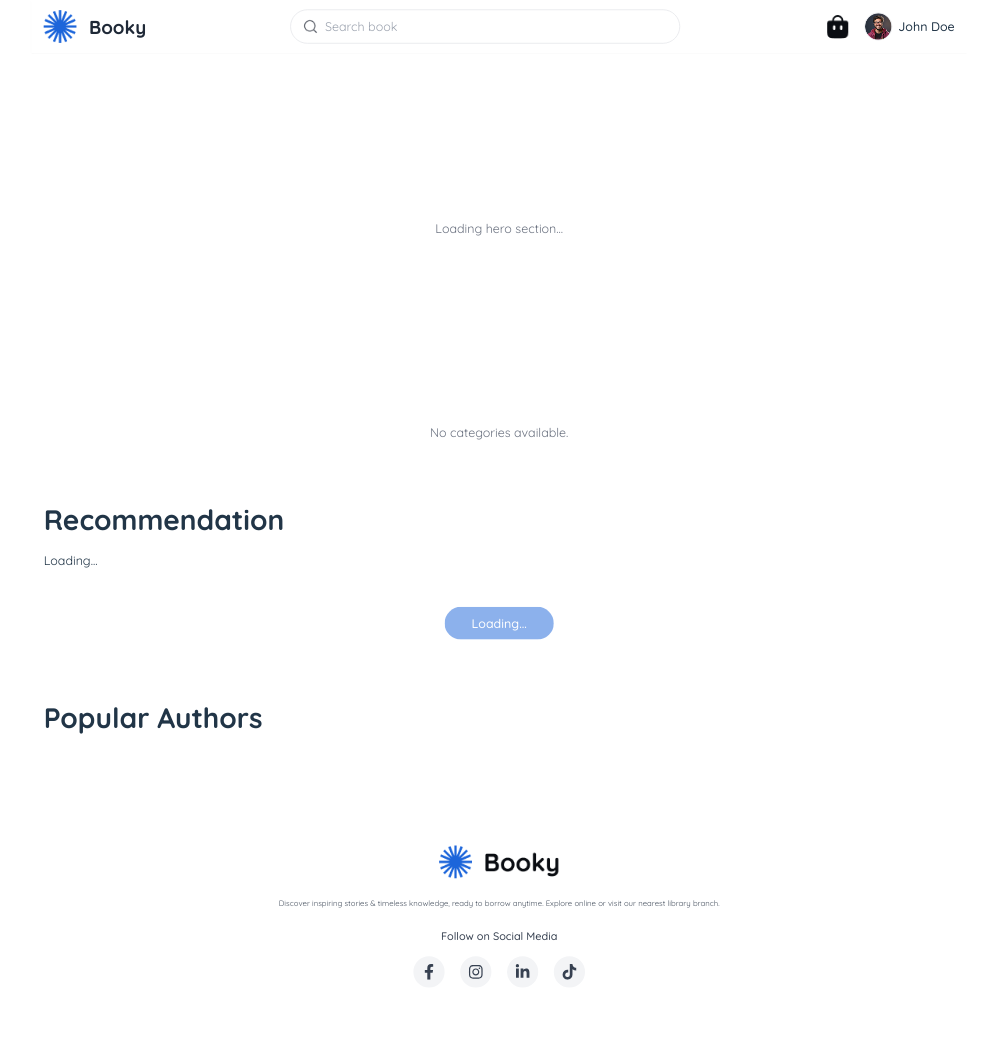
Repository: faridsyafaat/library-app
Page: /#/homeafter
The author's editor kept a copy of each file at every save. The page is drawn from the files as they stood at one save, then again after the next save.
The browser window is 1280 px wide. The pictures show the whole page, at 78% of full size.
The page's requests for data from a server got no answer. The project was rebuilt for these pictures with package versions that can differ from the ones it lists, and the page was loaded fresh each time. No one was signed in, and anything a server would have sent is missing. Also part of the build but not shown: vite.config.ts, src/components/layout/NavbarBefore.tsx, src/components/sections/HeroSection.tsx, src/components/sections/RecommendationSection.tsx, src/components/ui/card.tsx, src/components/sections/PopularAuthorBefore.tsx, src/pages/HomeBefore.tsx, src/pages/Login.tsx and 14 more.

Above is the page before, as saved 2025-11-30 15:11:23.

### index.html
<!doctype html>
<html lang="en">
  <head>
    <meta charset="UTF-8" />
    <link rel="icon" type="image/svg+xml" href="/vite.svg" />
    <meta name="viewport" content="width=device-width, initial-scale=1.0" />
    <title>library-app</title>
  </head>
  <body>
    <div id="root"></div>
    <script type="module" src="/src/main.tsx"></script>
  </body>
</html>

### src/main.tsx
import { StrictMode } from "react";
import { createRoot } from "react-dom/client";
import "./index.css";
import App from "./App";
import { Provider } from "react-redux";
import { store } from "./store/store";
import { QueryClient, QueryClientProvider } from "@tanstack/react-query";
import { HashRouter } from "react-router-dom";

const queryClient = new QueryClient();

createRoot(document.getElementById("root")!).render(
  <StrictMode>
   <Provider store={store}>
  <QueryClientProvider client={queryClient}>
    <HashRouter>
      <App />
    </HashRouter>
  </QueryClientProvider>
</Provider>

  </StrictMode>
);

### src/index.css
@import url('https://fonts.googleapis.com/css2?family=Quicksand:wght@300;400;500;600;700&display=swap');
@tailwind base;
@tailwind components;
@tailwind utilities;

:root {
  font-family: system-ui, Avenir, Helvetica, Arial, sans-serif;
  line-height: 1.5;
  font-weight: 400;
  font-synthesis: none;
  text-rendering: optimizeLegibility;
  -webkit-font-smoothing: antialiased;
  -moz-osx-font-smoothing: grayscale;
}

a {
  font-weight: 500;
  color: #646cff;
  text-decoration: inherit;
}
a:hover {
  color: #535bf2;
}

body {
  margin: 0;
  min-height: 100vh;
  }

h1 {
  font-size: 3.2em;
  line-height: 1.1;
}

button {
  border-radius: 8px;
  border: 1px solid transparent;
  padding: 0.6em 1.2em;
  font-size: 1em;
  font-weight: 500;
  font-family: inherit;
  background-color: #1a1a1a;
  cursor: pointer;
  transition: border-color 0.25s;
}
button:hover {
  border-color: #646cff;
}
button:focus,
button:focus-visible {
  outline: 4px auto -webkit-focus-ring-color;
}

@media (prefers-color-scheme: light) {
  :root {
    color: #213547;
    background-color: #ffffff;
  }
  a:hover {
    color: #747bff;
  }
  button {
    background-color: #f9f9f9;
  }
}

.container-custom {
  max-width: 1200px;
  margin-left: auto;
  margin-right: auto;
  padding-left: 1rem;
  padding-right: 1rem;
}

@layer base {
  body {
    @apply font-quicksand;
  }
}

.no-scrollbar::-webkit-scrollbar {
  display: none;
}
.no-scrollbar {
  -ms-overflow-style: none;
  scrollbar-width: none;
}

### src/App.tsx
import { Routes, Route } from "react-router-dom";
import HomeBefore from "@/pages/HomeBefore";
import Login from "@/pages/Login";
import Register from "@/pages/Register";
import HomeAfter from "@/pages/HomeAfter";
import DetailPage from "@/pages/DetailPage";
import CategoryPage from "@/pages/CategoryPage";
import AuthorPage from "@/pages/AuthorPage";


function App() {
  return (
    <>
            <Routes>
        <Route path="/" element={<HomeBefore />} />
        <Route path="/login" element={<Login />} />
        <Route path="/register" element={<Register />} />
        <Route path="/homeafter" element={<HomeAfter />} />
        <Route path="/books/:id" element={<DetailPage />} />
        <Route path="/category/:id" element={<CategoryPage />} />
        <Route path="/author/:id" element={<AuthorPage />} />
        </Routes>
    </>
  );
}

export default App;

### src/store/store.ts
import { configureStore } from "@reduxjs/toolkit";
import cartReducer from "@/features/cart/cartSlice";
import bookDetailReducer from "@/store/bookDetailSlice";
import authReducer from "@/features/auth/authSlice";

export const store = configureStore({
  reducer: {
    cart: cartReducer,
    bookDetail: bookDetailReducer,
    auth: authReducer,
  },
});

export type RootState = ReturnType<typeof store.getState>;
export type AppDispatch = typeof store.dispatch;

### src/pages/HomeAfter.tsx
import NavbarAfter from "@/components/layout/NavbarAfter";
import HeroAfter from "@/components/sections/HeroAfter";
import CategorySection from "@/components/sections/CategorySection";
import RecommendationAfter from "@/components/sections/RecommendationAfter";
import PopularAuthorSection from "@/components/sections/PopularAuthorSection";
import FooterSection from "@/components/layout/FooterSection";
import ErrorBoundary from "@/components/layout/ErrorBoundary";

console.log("HOME AFTER RENDERED")

const HomeAfter = () => {
  return (
    <div>
      <NavbarAfter />
      <HeroAfter />
      <CategorySection />

      <ErrorBoundary>
        <RecommendationAfter />
      </ErrorBoundary>

      <ErrorBoundary>
        <PopularAuthorSection />
      </ErrorBoundary>

      <FooterSection />
    </div>
  );
};

export default HomeAfter;

### src/features/cart/cartSlice.ts
import { createSlice } from "@reduxjs/toolkit";
import type { PayloadAction } from "@reduxjs/toolkit";

export interface CartBook {
  id: number;
  title: string;
  author?: string;
  coverImage?: string;
  price?: number;
  quantity: number;
}

interface CartState {
  items: CartBook[];
  count: number;
  loading: boolean;
  error: string | null;
}

const initialState: CartState = {
  items: [],
  count: 0,
  loading: false,
  error: null,
};

const cartSlice = createSlice({
  name: "cart",
  initialState,
  reducers: {

    setCart: (state, action: PayloadAction<CartBook[]>) => {
      state.items = action.payload;
      state.count = action.payload.length;
    },

      addToCart: (state, action: PayloadAction<CartBook>) => {
      const existingItem = state.items.find(
        (item) => item.id === action.payload.id
      );

      if (existingItem) {
        existingItem.quantity += 1;
      } else {
        state.items.push({ ...action.payload, quantity: 1 });
      }

      state.count += 1;
    },

     clearCart: (state) => {
      state.items = [];
      state.count = 0;
      state.error = null;
    },
  },
});

export const { setCart, addToCart, clearCart } = cartSlice.actions;
export default cartSlice.reducer;

### src/store/bookDetailSlice.ts
import { createSlice, createAsyncThunk } from "@reduxjs/toolkit";
import axios from "axios";
import type { BookDetail } from "@/types/BookDetail";

// --- Async thunk ---
export const fetchBookById = createAsyncThunk<
  BookDetail,
  string,
  { rejectValue: string }
>(
  "bookDetail/fetchBookById",
  async (id, { rejectWithValue }) => {
    try {
      const token = localStorage.getItem("token");
      const res = await axios.get(
        `https://be-library-api-xh3x6c5iiq-et.a.run.app/api/books/${id}`,
        { headers: { Authorization: `Bearer ${token}` } }
      );
      return res.data.data as BookDetail;
    } catch (err: unknown) {
      if (axios.isAxiosError(err)) {
        return rejectWithValue(err.response?.data?.message ?? err.message);
      }
      return rejectWithValue((err as Error).message ?? "Unknown error");
    }
  }
);


// --- Slice state ---
interface BookDetailState {
  book: BookDetail | null;
  loading: boolean;
  error: string | null;
}

const initialState: BookDetailState = {
  book: null,
  loading: false,
  error: null,
};

// --- Slice ---
const bookDetailSlice = createSlice({
  name: "bookDetail",
  initialState,
  reducers: {
    clearBook: (state) => {
      state.book = null;
      state.loading = false;
      state.error = null;
    },
  },
  extraReducers: (builder) => {
    builder
      .addCase(fetchBookById.pending, (state) => {
        state.loading = true;
        state.error = null;
      })
      .addCase(fetchBookById.fulfilled, (state, action) => {
        state.loading = false;
        state.book = action.payload;
      })
      .addCase(fetchBookById.rejected, (state, action) => {
        state.loading = false;
        state.error = action.payload ?? "Failed to fetch book detail";
      });
  },
});

// --- Export reducer & actions ---
export const { clearBook } = bookDetailSlice.actions;
export default bookDetailSlice.reducer;

### src/features/auth/authSlice.ts
import { createSlice } from "@reduxjs/toolkit";
import type { PayloadAction } from "@reduxjs/toolkit";

interface User {
  id: string;
  name: string;
  email: string;
  photo?: string;
}

interface AuthState {
  user: User | null;
  token: string | null;
}

const initialState: AuthState = {
  user: JSON.parse(localStorage.getItem("user") || "null"),
  token: localStorage.getItem("token") || null,
};

const authSlice = createSlice({
  name: "auth",
  initialState,
  reducers: {

    setCredentials: (
      state,
      action: PayloadAction<{ user: User; token: string }>
    ) => {
      state.user = action.payload.user;
      state.token = action.payload.token;

      // Simpan ke localStorage
      localStorage.setItem("user", JSON.stringify(action.payload.user));
      localStorage.setItem("token", action.payload.token);
    },

    // Logout
    logout: (state) => {
      state.user = null;
      state.token = null;

      localStorage.removeItem("user");
      localStorage.removeItem("token");
    },
  },
});

export const { setCredentials, logout } = authSlice.actions;
export default authSlice.reducer;

### src/components/layout/FooterSection.tsx
import { FaFacebookF, FaInstagram, FaLinkedinIn, FaTiktok } from "react-icons/fa";

export default function FooterSection() {
  return (
    <footer className="mt-10 py-16 text-center container">

      {/* Logo */}
      <div className="flex justify-center mb-6">
        <img
          src="image/booky.png"
          alt="Bookly Logo"
          className="w-[155px] h-[42px]"
        />
      </div>

      {/* Description */}
      <p className="max-w-xl mx-auto text-gray-600 text-[10px] leading-relaxed mb-6">
        Discover inspiring stories & timeless knowledge, ready to borrow anytime.
        Explore online or visit our nearest library branch.
      </p>

      {/* Social Media Label */}
      <p className="text-gray-700 text-sm font-medium mb-4">
        Follow on Social Media
      </p>

      {/* Social Media Icons */}
      <div className="flex justify-center gap-5 text-gray-700 text-xl">
  <div className="w-[40px] h-[40px] rounded-full bg-gray-100 flex items-center justify-center cursor-pointer hover:bg-blue-100 duration-200">
    <FaFacebookF />
  </div>

  <div className="w-[40px] h-[40px] rounded-full bg-gray-100 flex items-center justify-center cursor-pointer hhover:bg-blue-100 duration-200">
    <FaInstagram />
  </div>

  <div className="w-[40px] h-[40px] rounded-full bg-gray-100 flex items-center justify-center cursor-pointer hover:bg-blue-100 duration-200">
    <FaLinkedinIn />
  </div>

  <div className="w-[40px] h-[40px] rounded-full bg-gray-100 flex items-center justify-center cursor-pointer hover:bg-blue-100 duration-200">
    <FaTiktok />
  </div>
</div>

    </footer>
  );
}

### src/components/sections/CategorySection.tsx
import { useEffect, useRef, useState } from "react";
import axios from "axios";

type Category = {
  id: number;
  name: string;
};

const categoryImages: Record<string, string> = {
  fiction: "image/fiction.png",
  nonfiction: "image/non-fiction.png",
  finance: "image/finance.png",
  science: "image/science.png",
  selfhelp: "image/self-help.png",
  education: "image/education.png",

  business: "image/finance.png",
  scifi: "image/science.png",
  technology: "image/education.png",
};

function normalizeName(name: string) {
  return name.toLowerCase().replace(/[\s-]/g, "");
}

export default function CategorySection() {
  const [categories, setCategories] = useState<Category[]>([]);
  const [loading, setLoading] = useState(true);

  const fetchedRef = useRef(false);

  useEffect(() => {
    if (fetchedRef.current) return;
    fetchedRef.current = true;

    const fetchCategories = async () => {
      try {
        const res = await axios.get(
          "https://be-library-api-xh3x6c5iiq-et.a.run.app/api/categories"
        );

        setCategories(res.data.data.categories || []);
      } catch (err) {
        console.error("Error fetching categories:", err);
        setCategories([]);
      } finally {
        setLoading(false);
      }
    };

    fetchCategories();
  }, []);

  if (loading) {
    return (
      <div className="w-full flex justify-center py-6 text-gray-500">
        Loading categories...
      </div>
    );
  }

  if (categories.length === 0) {
    return (
      <div className="w-full flex justify-center py-6 text-gray-500">
        No categories available.
      </div>
    );
  }

  return (
    <div className="w-full container py-6">
      <div className="grid grid-cols-2 md:grid-cols-3 gap-4">
        {categories.map((cat) => {
          const normalized = normalizeName(cat.name);
          const imageUrl = categoryImages[normalized] || "/image/fallback.png";

          return (
            <div key={cat.id} className="flex flex-col items-center">
              <img
                src={imageUrl}
                alt={cat.name}
                className="w-[162px] h-[64px] object-contain mb-2"
                onError={(e) => {
                  // mencegah infinite loop
                  e.currentTarget.onerror = null;
                  e.currentTarget.src = "/image/fallback.png";
                }}
              />
              <span className="text-sm font-bold">{cat.name}</span>
            </div>
          );
        })}
      </div>
    </div>
  );
}

### src/components/layout/NavbarAfter.tsx
import { useSelector } from "react-redux";
import type { RootState } from "@/store/store";
import { Link } from "react-router-dom";

console.log("NAVBAR RENDERED");

const NavbarAfter = () => {
  const cartCount = useSelector((state: RootState) => state.cart.count);
  const user = useSelector((state: RootState) => state.auth.user);

  return (
    <nav className="sticky top-0 z-50 bg-white shadow-sm px-4 py-3 flex items-center justify-between container mx-auto">


     {/* Logo + Tulisan */}
      <Link to="/homeafter" className="flex items-center gap-4">
        <img
          src="image/logo.png"
          alt="Logo"
          className="w-[42px] h-[42px] object-contain"
        />
        {/* Tulisan disembunyikan di mobile */}
        <span className="text-2xl font-bold text-gray-800 hidden sm:inline-block">
          Booky
        </span>
      </Link>

      {/* Search Bar Desktop */}
      <div className="hidden sm:flex relative w-[500px] h-[44px] items-center gap-6">
        {/* Icon Search */}
        <span className="absolute left-[16px] top-1/2 transform -translate-y-1/2 text-gray-400">
          <img src="image/search.png" alt="Search" className="w-5 h-5" />
        </span>
        {/* Input */}
        <input
          type="text"
          placeholder="Search book"
          className="w-full h-full rounded-full border pl-[44px] pr-[16px] pt-[8px] pb-[8px] focus:outline-none focus:ring-2 focus:ring-blue-500"
        />
      </div>

      {/* Right Menu */}
      <div className="flex items-center gap-4">

        {/* Icon Search Mobile */}
        <div className="sm:hidden cursor-pointer">
          <img src="image/search.png" alt="Search" className="w-6 h-6" />
        </div>

        {/* Bag / Cart */}
        <div className="relative cursor-pointer">
          <img src="image/bag.png" className="w-9" alt="Cart" />
          {cartCount > 0 && (
            <span className="absolute -top-2 -right-2 bg-red-600 text-white text-xs w-5 h-5 flex items-center justify-center rounded-full">
              {cartCount}
            </span>
          )}
        </div>

        {/* User */}
        <div className="flex items-center gap-2 cursor-pointer">
          <img
            src={user?.photo || "image/johndoe.png"}
            alt="User"
            className="w-9 h-9 rounded-full border"
          />
          {/* Nama user disembunyikan di mobile */}
          <span className="font-medium hidden sm:inline-block">
            {user?.name || "John Doe"}
          </span>
        </div>

      </div>
    </nav>
  );
};

export default NavbarAfter;

### src/components/sections/PopularAuthorSection.tsx
import { useState } from "react";
import { useQuery } from "@tanstack/react-query";
import axios from "axios";

interface Author {
  id: number;
  name: string;
  photo: string;
  totalBooks: number;
}

async function fetchAuthors(limit: number): Promise<Author[]> {
  const token = localStorage.getItem("token");

  const response = await axios.get(
    `https://be-library-api-xh3x6c5iiq-et.a.run.app/api/authors?limit=${limit}`,
    { headers: { Authorization: `Bearer ${token}` } }
  );

  return response.data?.data?.authors ?? [];
}

export default function PopularAuthorSection() {
 const [limit] = useState(10);

  const { data } = useQuery<Author[]>({
    queryKey: ["authors", limit],
    queryFn: () => fetchAuthors(limit),
    placeholderData: (prev) => prev,
  });

  return (
    <section className="w-full p-4 mt-12 container">
      {/* Header */}
      <div className="flex justify-between items-center mb-6">
        <h2 className="text-4xl font-bold">Popular Authors</h2>

      </div>

      {/* Grid */}
  <div
  className="
    grid
    grid-cols-1
    sm:grid-cols-2
    md:grid-cols-3
    lg:grid-cols-4
    gap-4
    justify-items-start
  "
>
  {data?.map((author) => (
    <div
      key={author.id}
      className="
        flex items-center gap-4
        bg-white shadow rounded-xl
        px-4 py-3
        hover:shadow-lg
        cursor-pointer transition
        w-[361px] h-[84px]
        sm:w-[180px] sm:h-[105px]
        md:w-[220px] md:h-[110px]
        lg:w-[285px] lg:h-[113px]
      "
    >
      <img
        src={author.photo || 'image/johndoe.png'}
        alt={author.name}
        className="w-10 h-10 md:w-[56px] md:h-[56px] rounded-full object-cover border"
      />

      <div className="flex flex-col">
        <span className="font-semibold text-gray-800 text-xs md:text-sm">
          {author.name}
        </span>

        <div className="flex items-center gap-1 mt-1">
          <img src="image/book.png" alt="book" className="w-3 h-3 md:w-4 md:h-4" />
          <span className="text-[10px] md:text-xs text-gray-500">
            {author.totalBooks} books
          </span>
        </div>
      </div>
    </div>
  ))}
</div>




</section>
  );
}

### src/components/ui/Button.tsx
import React from "react";
import clsx from "clsx";

interface ButtonProps extends React.ButtonHTMLAttributes<HTMLButtonElement> {
  variant?: "default" | "outline" | "short";
  size?: "sm" | "md" | "lg";
}

const Button: React.FC<ButtonProps> = ({
  variant = "default",
  className,
  children,
  ...props
}) => {
  const baseStyle = "inline-flex items-center justify-center font-medium focus:outline-none rounded-full disabled:opacity-50 disabled:pointer-events-none";

  const variants: Record<string, string> = {
    default: "bg-[#1C65DA] text-white px-6 py-2 hover:bg-blue-600",
    outline: "border border-gray-800 text-black bg-white px-6 py-2 hover:bg-gray-100",
    short: "px-4 py-2 rounded-md text-sm",
  };

  return (
    <button className={clsx(baseStyle, variants[variant], className)} {...props}>
      {children}
    </button>
  );
};

export default Button;

Loaded but not shown: tailwind.config.js (26 lines, source omitted); src/components/sections/HeroAfter.tsx (135 lines, source omitted); src/components/sections/RecommendationAfter.tsx (113 lines, source omitted)

After the next save:
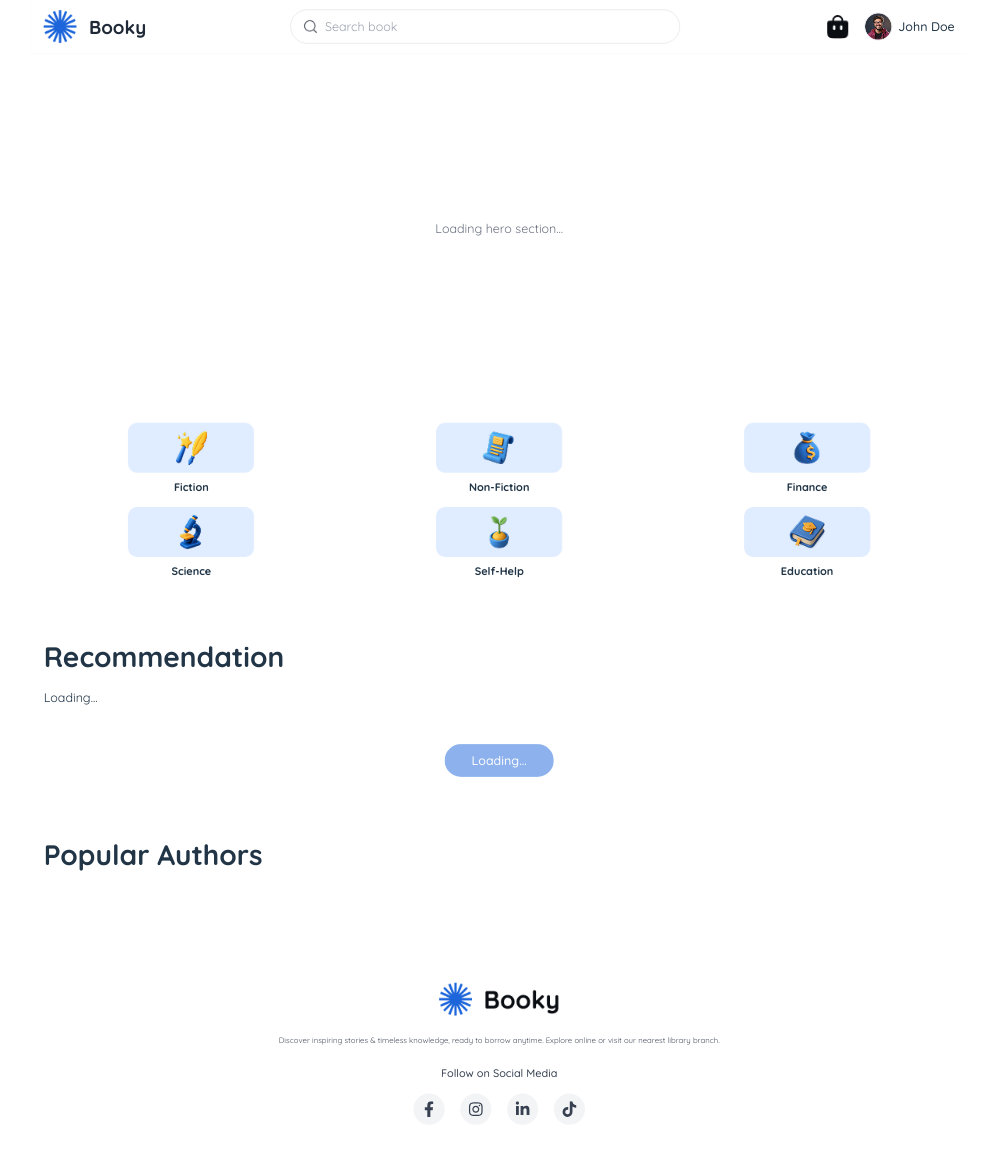
Saved 4 min 16 s later.
--- a/src/components/sections/CategorySection.tsx
+++ b/src/components/sections/CategorySection.tsx
@@ -6,27 +6,37 @@ type Category = {
   name: string;
 };
 
+// 🔥 Mapping image berdasarkan kategori (nama sudah dinormalisasi)
 const categoryImages: Record<string, string> = {
-  fiction: "image/fiction.png",
-  nonfiction: "image/non-fiction.png",
-  finance: "image/finance.png",
-  science: "image/science.png",
-  selfhelp: "image/self-help.png",
-  education: "image/education.png",
+  fiction: "/image/fiction.png",
+  nonfiction: "/image/non-fiction.png",
+  finance: "/image/finance.png",
+  science: "/image/science.png",
+  selfhelp: "/image/self-help.png",
+  education: "/image/education.png",
 
-  business: "image/finance.png",
-  scifi: "image/science.png",
-  technology: "image/education.png",
+  business: "/image/finance.png",
+  scifi: "/image/science.png",
+  technology: "/image/education.png",
 };
 
-function normalizeName(name: string) {
-  return name.toLowerCase().replace(/[\s-]/g, "");
-}
+// 🔥 Daftar kategori yang WAJIB tampil
+const targetOrder = [
+  "Fiction",
+  "Non-Fiction",
+  "Finance",
+  "Science",
+  "Self-Help",
+  "Education",
+];
+
+// Normalize nama untuk key dictionary
+const normalize = (name: string) =>
+  name.toLowerCase().replace(/[\s-]/g, "");
 
 export default function CategorySection() {
   const [categories, setCategories] = useState<Category[]>([]);
   const [loading, setLoading] = useState(true);
-
   const fetchedRef = useRef(false);
 
   useEffect(() => {
@@ -59,20 +69,26 @@ export default function CategorySection() {
     );
   }
 
-  if (categories.length === 0) {
-    return (
-      <div className="w-full flex justify-center py-6 text-gray-500">
-        No categories available.
-      </div>
-    );
-  }
+  // 🔥 Convert API ke dictionary untuk akses cepat
+  const apiDict = categories.reduce((acc, cat) => {
+    acc[cat.name] = cat;
+    return acc;
+  }, {} as Record<string, Category>);
+
+  // 🔥 Buat final list max 6 kategori sesuai targetOrder
+  const finalCategories = targetOrder.map((name, idx) => {
+    return apiDict[name] || {
+      id: -idx, // id negatif untuk dummy
+      name,
+    };
+  });
 
   return (
     <div className="w-full container py-6">
       <div className="grid grid-cols-2 md:grid-cols-3 gap-4">
-        {categories.map((cat) => {
-          const normalized = normalizeName(cat.name);
-          const imageUrl = categoryImages[normalized] || "/image/fallback.png";
+        {finalCategories.map((cat) => {
+          const key = normalize(cat.name);
+          const imageUrl = categoryImages[key] || "/image/fallback.png";
 
           return (
             <div key={cat.id} className="flex flex-col items-center">
@@ -81,7 +97,6 @@ export default function CategorySection() {
                 alt={cat.name}
                 className="w-[162px] h-[64px] object-contain mb-2"
                 onError={(e) => {
-                  // mencegah infinite loop
                   e.currentTarget.onerror = null;
                   e.currentTarget.src = "/image/fallback.png";
                 }}
